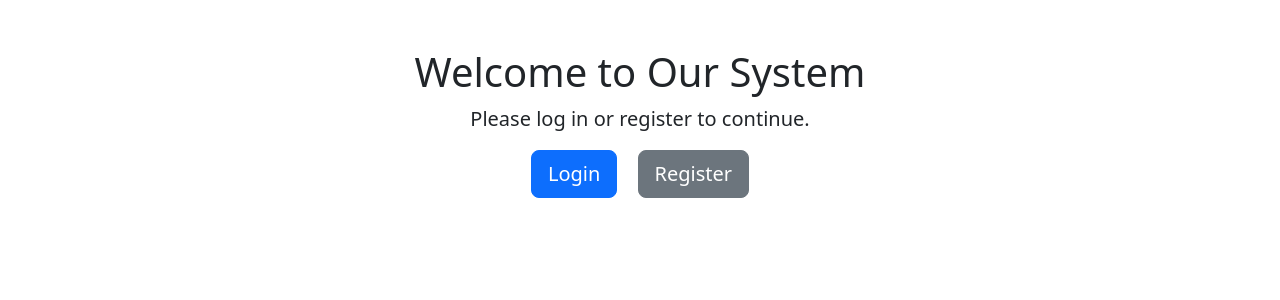
Repository: Abdulahi338/Book-management-system
Page: http://localhost/libray/welcome.php
An editor plug-in stored every save of this project. The page is shown before and after a run of saves, followed by the edit.
The browser window is 1280 px wide. The pictures show the whole page.
The page is run by PHP 8.4 with error messages shown; the project is at /var/www/html/.

Above is the page before, as saved 2024-08-22 15:56:25.

After the next 3 saves:
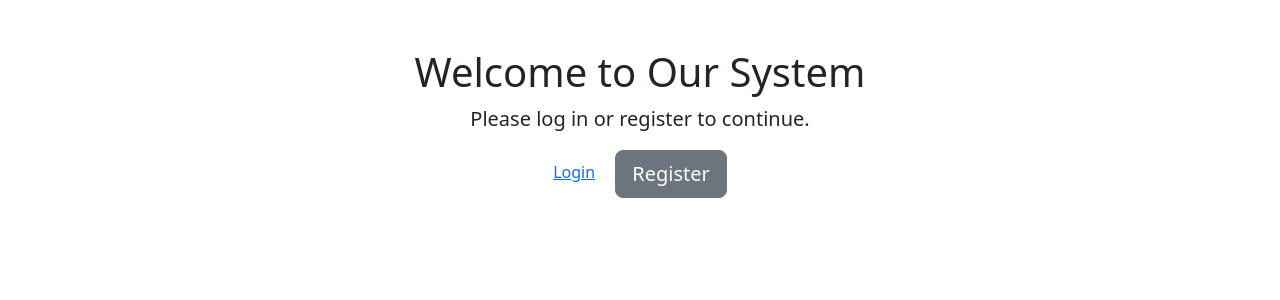
The 3 saves are shown as one change because they came seconds apart.
The last was saved 105 s later.
--- a/welcome.php
+++ b/welcome.php
@@ -10,8 +10,8 @@
     <div class="container mt-5 text-center">
         <h1>Welcome to Our System</h1>
         <p class="lead">Please log in or register to continue.</p>
-        <a href="login.html" class="btn btn-primary btn-lg">Login</a>
-        <a href="register.html" class="btn btn-secondary btn-lg ms-3">Register</a>
+        <a href="login.hlass="btn btn-primary btn-lg">Login</a>
+        <a href="register.php" class="btn btn-secondary btn-lg ms-3">Register</a>
     </div>
     <script src="https://cdn.jsdelivr.net/npm/bootstrap@5.3.0/dist/js/bootstrap.bundle.min.js"></script>
 </body>

After the 2 saves that followed:
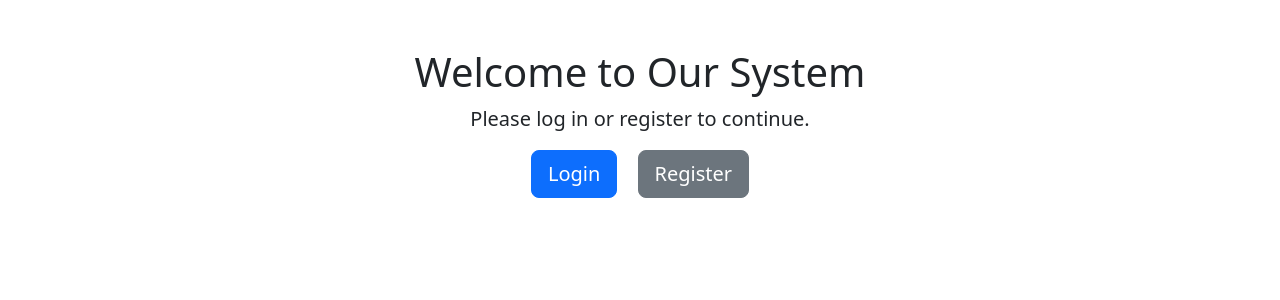
The 2 saves are shown as one change because they came seconds apart.
The last was saved 7 s later.
--- a/welcome.php
+++ b/welcome.php
@@ -10,7 +10,7 @@
     <div class="container mt-5 text-center">
         <h1>Welcome to Our System</h1>
         <p class="lead">Please log in or register to continue.</p>
-        <a href="login.hlass="btn btn-primary btn-lg">Login</a>
+        <a href="login.php" class="btn btn-primary btn-lg">Login</a>
         <a href="register.php" class="btn btn-secondary btn-lg ms-3">Register</a>
     </div>
     <script src="https://cdn.jsdelivr.net/npm/bootstrap@5.3.0/dist/js/bootstrap.bundle.min.js"></script>
